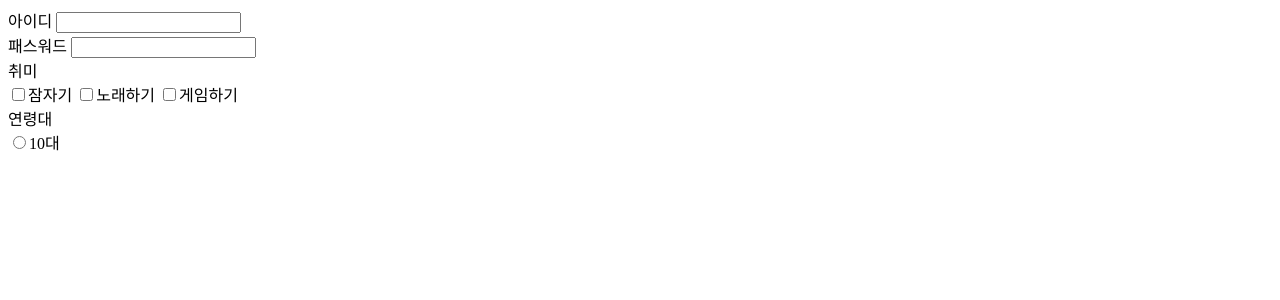
Repository: jeongho97/JSP
Page: http://localhost/JSP/insert.jsp
These files come from the project's save history. The page is drawn as it stood at one moment and after the next save; the edit follows.
The browser window is 1280 px wide. The pictures show the whole page.
The page is served by Tomcat 9.

Above is the page before, as saved 2022-05-17 03:14:52.

After the next save:
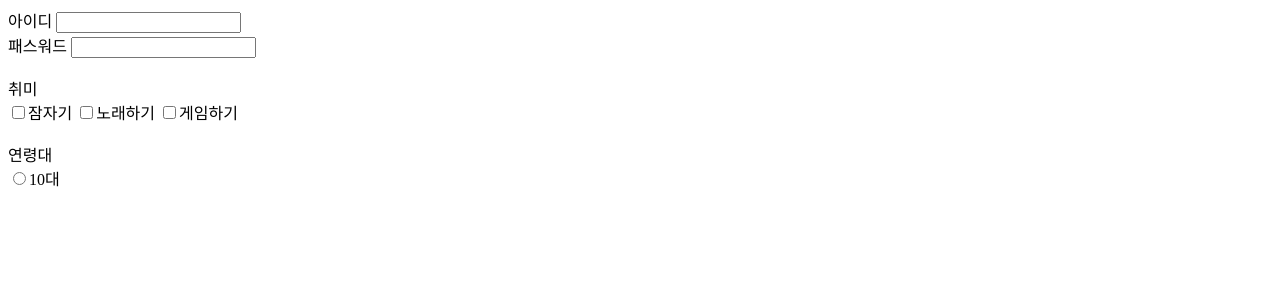
Saved 17 s later.
--- a/JSP/WebContent/insert.jsp
+++ b/JSP/WebContent/insert.jsp
@@ -11,13 +11,13 @@
 아이디  <input type="text" name="id">
 <br>
 패스워드 <input type="password" name="pw">
-<br>
+<br><br>
 취미
 <br>
 <lable><input type="checkbox" name="hobby" value="축구">잠자기</lable>
 <lable><input type="checkbox" name="hobby" value="농구">노래하기</lable>
 <lable><input type="checkbox" name="hobby" value="야구">게임하기</lable>
-<br>
+<br><br>
 연령대
 <br>
 <input type="radio" name="10대" value="10">10대
